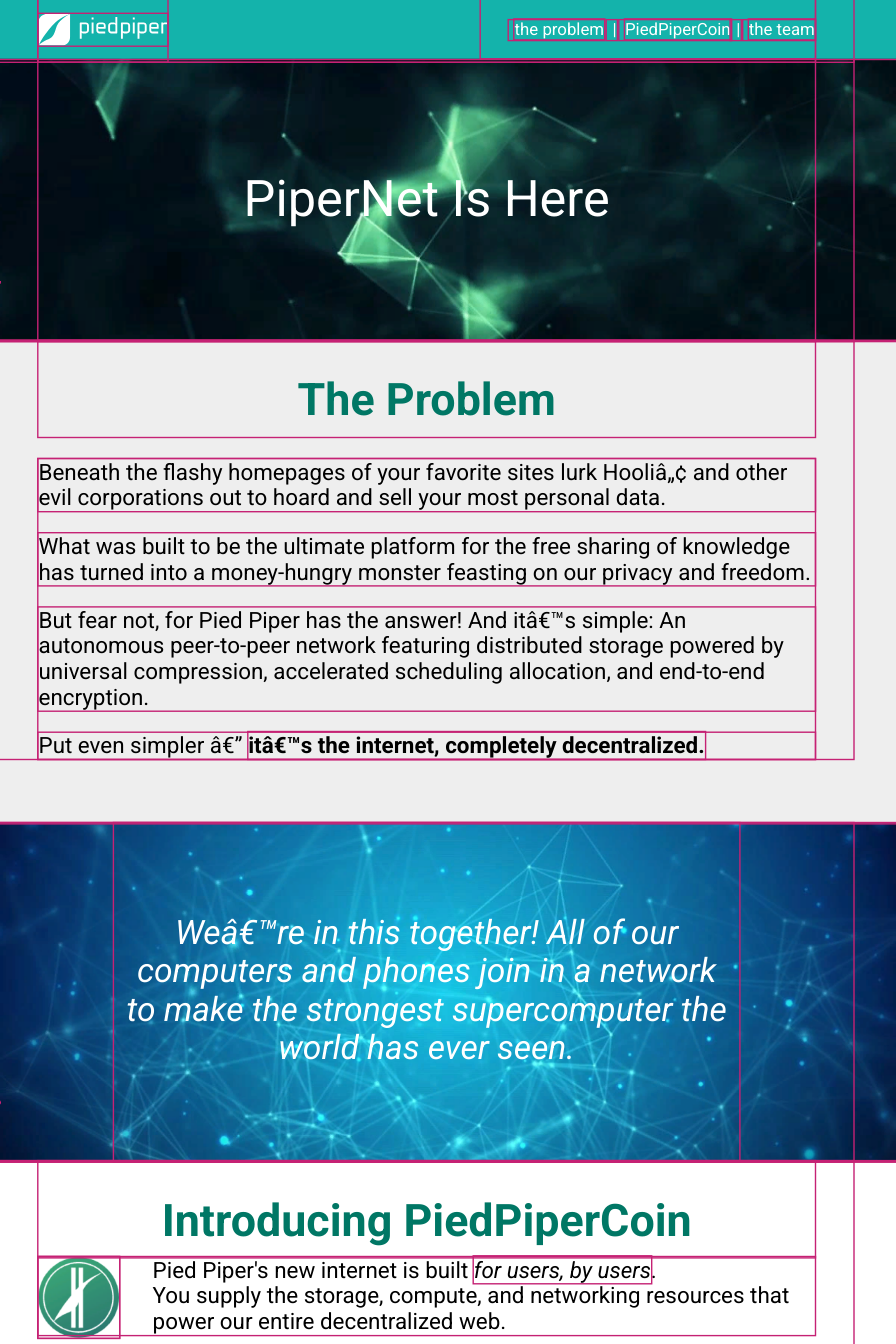
Repository: armus503/Pip_Piper
Page: Pip_Piper.html
An editor plug-in stored every save of this project. The page is shown before and after the next save, followed by the edit.
The browser window is 1280 px wide. The pictures show the part of the page from y = 0 to 1920 px (the page is 3271 px tall), at 70% of full size.

Above is the page before, as saved 2021-07-21 00:09:23.

After the next save:
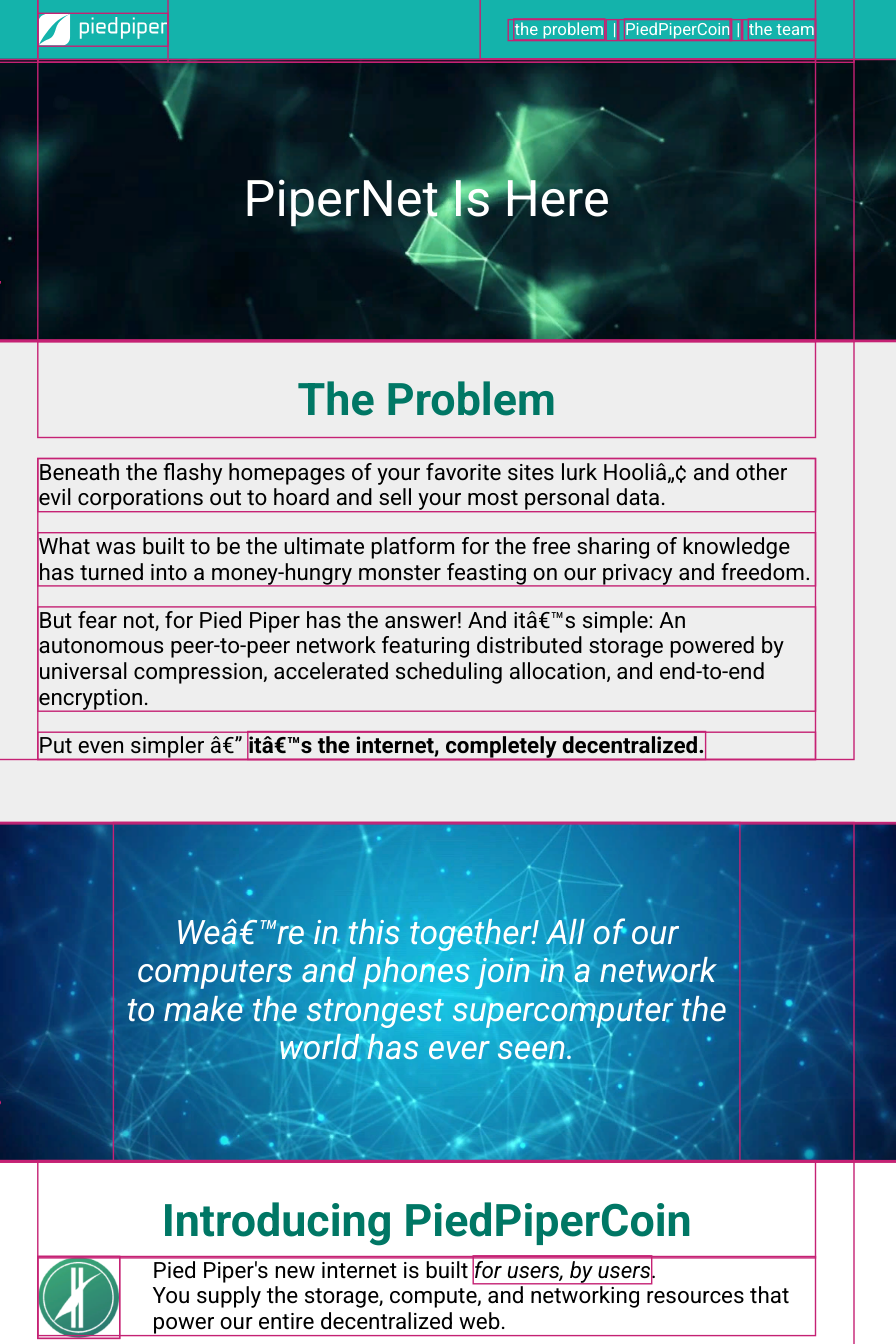
Saved 18 s later.
--- a/Pip_Piper.css
+++ b/Pip_Piper.css
@@ -518,7 +518,7 @@
 .jumbotron {
     background-image: url("image(1).png");
     background-size: cover;
-    background-position: right center;
+    background-position: center center;
     margin: 0, auto;
     box-sizing: border-box;
     font-family: 'Roboto', sans-serif;
